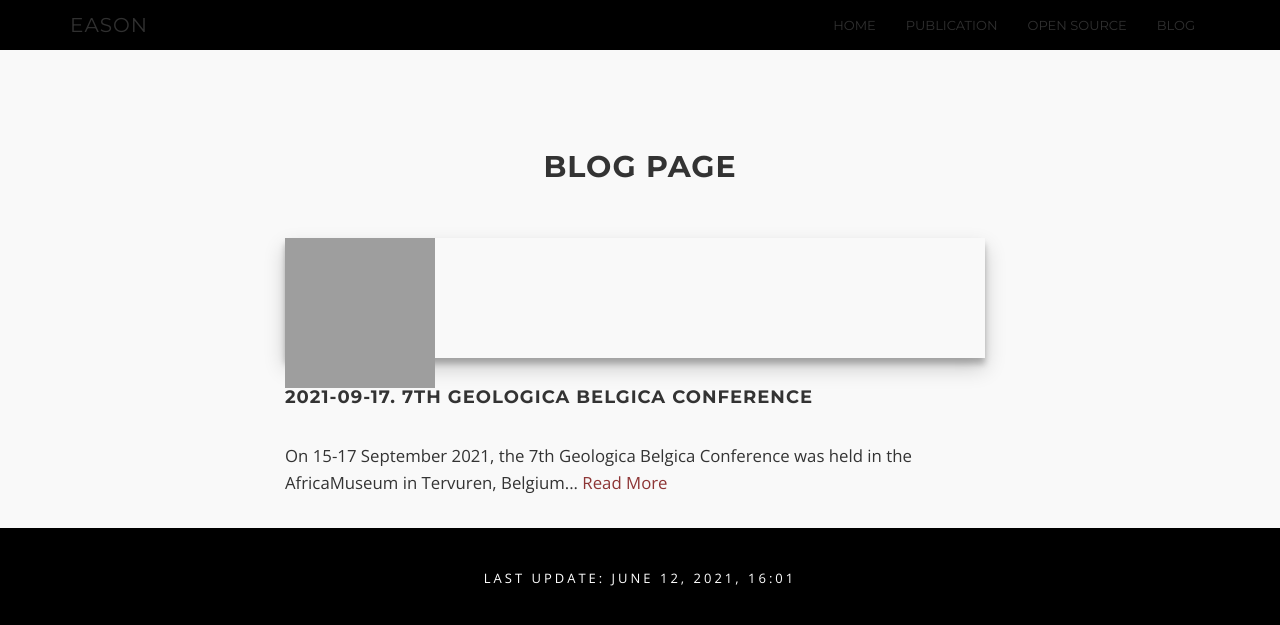
Repository: eazzzon/eazzzon.github.io
Page: blog.html
These files come from the project's save history. The page is drawn as it stood at one moment and after the next save; the edit follows.
The browser window is 1280 px wide. The pictures show the whole page.
Pictures or frames that could not be fetched are drawn as grey boxes.

Above is the page before, as saved 2021-09-18 00:01:47.

### blog.html
<!DOCTYPE html>
<html lang="en">
<head>
<meta charset="utf-8">
<meta http-equiv="X-UA-Compatible" content="IE=edge">
<meta name="viewport" content="width=device-width, initial-scale=1">
<meta name="description" content="">
<meta name="author" content="">
<title>yishen.zhang</title>
<!-- Bootstrap Core CSS -->
<link href="css/bootstrap.min.css" rel="stylesheet">
<!-- Custom CSS -->
<link href="css/theme.css" rel="stylesheet">
<!-- Custom Fonts -->
<link href="font-awesome/css/font-awesome.min.css" rel="stylesheet" type="text/css">
<link href="http://fonts.googleapis.com/css?family=Open+Sans:300,400,700,400italic,700italic" rel="stylesheet" type="text/css">
<link href="http://fonts.googleapis.com/css?family=Montserrat:400,700" rel="stylesheet" type="text/css">
<!-- HTML5 Shim and Respond.js IE8 support of HTML5 elements and media queries -->
<!-- WARNING: Respond.js doesn't work if you view the page via file:// -->
<!--[if lt IE 9]>
        <script src="https://oss.maxcdn.com/libs/html5shiv/3.7.0/html5shiv.js"></script>
        <script src="https://oss.maxcdn.com/libs/respond.js/1.4.2/respond.min.js"></script>
    <![endif]-->
</head>
<body id="page-top" data-spy="scroll" data-target=".navbar-fixed-top">
<!-- Navigation -->
<nav class="navbar navbar-custom navbar-fixed-top" role="navigation">
<div class="container">
	<div class="navbar-header">
		<button type="button" class="navbar-toggle" data-toggle="collapse" data-target=".navbar-main-collapse">
		<i class="fa fa-bars"></i>
		</button>
		<a class="navbar-brand page-scroll" href="index.html" style="color: #303030;">
		EASON </a>
	</div>
	<!-- Collect the nav links, forms, and other content for toggling -->
	<div class="collapse navbar-collapse navbar-right navbar-main-collapse">
		<ul class="nav navbar-nav" style="color: #303030;">
			<li>
			<a href="index.html">Home</a>
			</li>
			<li>
			<a href="publication.html">publication</a>
			</li>
			<li>
			<a href="opensource.html">open source</a>
			</li>
			<li>
			<a href="blog.html">blog</a>
			</li>
		</ul>
	</div>
	<!-- /.navbar-collapse -->
</div>
<!-- /.container -->
</nav>

<!-- Page Sample Section -->
<section id="page-sample">


<div class="container content-section text-left">
	<div class='container'>
		<div class="row">
			<h2 class="text-center">BLOG PAGE</h2>
			<div class="col-lg-8 col-lg-offset-2">
				<div class="post-box">
					<img class="box-img" src="https://geologicabelgica2021.africamuseum.be/sites/default/files/media/images/Logo%20Geologica%20Belgica.png" alt="lower crust foundering" />
					<div class="box-text">
						<a href="post20210917.html">
							<h4>2021-09-17. 7th Geologica Belgica Conference </h4>
						</a>
						<p style="font-size:120%;">On 15-17 September 2021, the 7th Geologica Belgica Conference was held in the AfricaMuseum in Tervuren, Belgium... <a href="post20210917.html" style="color:rgb(141, 53, 53);">Read More</a></p>
					</div>
				</div>
				</div>

			</div>
		</div>
	</div>
</div>
</section>




<!-- Footer -->
<footer>
<div class="container text-center">
	<p class="credits">
		last update: June 12, 2021, 16:01
	</p>
</div>
</footer>
<!-- jQuery -->
<script src="js/jquery.js"></script>
<!-- Bootstrap Core JavaScript -->
<script src="js/bootstrap.min.js"></script>
<!-- Plugin JavaScript -->
<script src="js/jquery.easing.min.js"></script>
<!-- Custom Theme JavaScript -->
<script src="js/theme.js"></script>
</body>
</html>

### css/theme.css
/* Aries v1.0 - by WowThemes.net */
body {
	width:100%;
	height:100%;
	font-family:Open Sans,"Helvetica Neue",Helvetica,Arial,sans-serif;
	color:#fff;
	background-color:#000;
	 font-weight:300;
}
html {
	width:100%;
	height:100%;
}
h1,h2,h3,h4,h5,h6 {
	margin:0 0 35px;
	text-transform:uppercase;
	font-family:Montserrat,"Helvetica Neue",Helvetica,Arial,sans-serif;
	font-weight:700;
	letter-spacing:1px;
}
p {
	margin:0 0 25px;
	font-size:18px;
	line-height:1.5;
}
@media(min-width:768px) {
	p {
		margin:0 0 35px;
		font-size:20px;
		line-height:1.6;
	}
}
a {
	color:inherit;
	-webkit-transition:all .2s ease-in-out;
	-moz-transition:all .2s ease-in-out;
	transition:all .2s ease-in-out;
}
a:hover,a:focus {
	text-decoration:none;
	color:inherit;
}
.light {
	font-weight:400;
}
.navbar-custom {
	margin-bottom:0;
	border-bottom:1px solid rgba(255,255,255,.3);
	text-transform:uppercase;
	font-family:Montserrat,"Helvetica Neue",Helvetica,Arial,sans-serif;
	background-color:#000;
}
.navbar-custom .navbar-brand {
	font-size:20px;
	text-transform:none;
	letter-spacing:1px;
}
.navbar-custom .navbar-brand:focus {
	outline:0;
}
.navbar-custom .navbar-brand .navbar-toggle {
	padding:4px 6px;
	font-size:16px;
	color:#fff;
}
.navbar-custom .navbar-brand .navbar-toggle:focus,.navbar-custom .navbar-brand .navbar-toggle:active {
	outline:0;
}
.navbar-custom a {
}
.navbar-custom .nav li a {
	-webkit-transition:background .3s ease-in-out;
	-moz-transition:background .3s ease-in-out;
	transition:background .3s ease-in-out;
}
.navbar-custom .nav li a:hover {
	outline:0;
	color:#1ba39c;
	background-color:transparent;
}
.navbar-custom .nav li a:focus,.navbar-custom .nav li a:active {
	outline:0;
	background-color:transparent;
}
.navbar-custom .nav li.active {
	outline:0;
}
.navbar-custom .nav li.active a {
	color:#1ba39c;
}
.navbar-custom .nav li.active a:hover {
	color:#1ba39c;
}
@media(min-width:768px) {
	.navbar-custom {
		padding:20px 0;
		border-bottom:0;
		font-size:13px;
		background:0 0;
		-webkit-transition:background .5s ease-in-out,padding .5s ease-in-out;
		-moz-transition:background .5s ease-in-out,padding .5s ease-in-out;
		transition:background .5s ease-in-out,padding .5s ease-in-out;
	}
		 .navbar-custom.top-nav-collapse {
		 padding:0;
		border-bottom:1px solid rgba(255,255,255,.3);
		color:#333;
			background:#fff;
	}
	.navbar-custom.top-nav-collapse a {
		color:#333;
		display:inline-block;
	}
}
.intro {
	display:table;
	width:100%;
	height:auto;
	padding:100px 0 100px 0;
	text-align:center;
	color:#fff;
	background-image:radial-gradient(circle at 50% 50%,rgba(95, 94, 94, 0.46),rgba(56, 56, 56, 0.88)), url('labelled.png');
	-webkit-background-size:cover;
	-moz-background-size:cover;
	background-size:cover;
	-o-background-size:cover;
}
.intro .intro-body {
	display:table-cell;
	vertical-align:middle;
}
.intro .intro-body .brand-heading {
	font-size:40px;
}
.intro .intro-body .intro-text {
	font-size:18px;
}
@media(min-width:768px) {
	.intro {
		height:100%;
		padding:0;
	}
	.intro .intro-body .brand-heading {
		font-size:60px;
		margin-top:90px;
		margin-bottom:20px;
		border-top:2px solid #fff;
		border-bottom:2px solid #fff;
		display:inline-block;
		padding:10px 0;
	}
	.intro .intro-body .intro-text {
		font-size:20px;
			font-weight:300;
			letter-spacing:3px;
	}
}
.btn-circle {
	width:50px;
	height:50px;
	margin-top:15px;
	line-height:40px;
	text-align:center;
	border:2px solid #fff;
	border-radius:100%!important;
	font-size:20px;
	color:#fff;
	background:0 0;
	-webkit-transition:background .3s ease-in-out;
	-moz-transition:background .3s ease-in-out;
	transition:background .3s ease-in-out;
}
.btn-circle:hover,.btn-circle:focus {
	outline:0;
	color:#fff;
	background:rgba(255,255,255,.1);
}
.btn-circle i.animated {
	-webkit-transition-property:-webkit-transform;
	-webkit-transition-duration:1s;
	-moz-transition-property:-moz-transform;
	-moz-transition-duration:1s;
}
.btn-circle:hover i.animated {
	-webkit-animation-name:pulse;
	-moz-animation-name:pulse;
	-webkit-animation-duration:1.5s;
	-moz-animation-duration:1.5s;
	-webkit-animation-iteration-count:infinite;
	-moz-animation-iteration-count:infinite;
	-webkit-animation-timing-function:linear;
	-moz-animation-timing-function:linear;
}
@-webkit-keyframes pulse {
	0% {
		-webkit-transform:scale(1);
		transform:scale(1);
	}
	50% {
		-webkit-transform:scale(1.2);
		transform:scale(1.2);
	}
	100% {
		-webkit-transform:scale(1);
		transform:scale(1);
	}
}
@-moz-keyframes pulse {
	0% {
		-moz-transform:scale(1);
		transform:scale(1);
	}
	50% {
		-moz-transform:scale(1.2);
		transform:scale(1.2);
	}
	100% {
		-moz-transform:scale(1);
		transform:scale(1);
	}
}
.content-section {
	padding:40px 0;
	clear:both;
}
@media(min-width:767px) {
	.content-section {
		padding:150px 0;
			 clear:both;
	}
}
.btn {
	border-radius:0;
	text-transform:uppercase;
	font-family:Montserrat,"Helvetica Neue",Helvetica,Arial,sans-serif;
	font-weight:400;
	-webkit-transition:all .3s ease-in-out;
	-moz-transition:all .3s ease-in-out;
	transition:all .3s ease-in-out;
}
.btn-default {
	border:1px solid #42dca3;
	color:#42dca3;
	background-color:transparent;
}
.btn-default:hover,.btn-default:focus {
	border:1px solid #42dca3;
	outline:0;
	color:#000;
	background-color:#42dca3;
}
ul.banner-social-buttons {
	margin-top:0;
}
@media(max-width:1199px) {
	ul.banner-social-buttons {
		margin-top:15px;
	}
}
@media(max-width:767px) {
	ul.banner-social-buttons li {
		display:block;
		margin-bottom:20px;
		padding:0;
	}
	ul.banner-social-buttons li:last-child {
		margin-bottom:0;
	}
}
footer {
	padding:40px 0;
	z-index:1;
	position:relative;
	clear:both;
}
footer p {
	margin:0;
	font-size:15px;
}
footer p.credits {
	text-transform:uppercase;
	font-size:13px;
	letter-spacing:3px;
}
::-moz-selection {
	text-shadow:none;
	background:#fcfcfc;
	background:rgba(255,255,255,.2);
}
::selection {
	text-shadow:none;
	background:#fcfcfc;
	background:rgba(255,255,255,.2);
}
img::selection {
	background:0 0;
}
img::-moz-selection {
	background:0 0;
}
body {
	webkit-tap-highlight-color:rgba(255,255,255,.2);
}
.bgblue {
	background:#22292c;
}
.inlineblock {
	display:inline-block;
}
p:last-child {
	margin-bottom:0;
}
p.lead {
	line-height:1.9;
}
.btnghost {
	border:2px solid #333;
	background-color:transparent;
	padding:15px 20px;
	letter-spacing:3px;
	font-size:12px;
	text-transform:uppercase;
	font-weight:400;
	color:#333;
	margin-top:20px;
	display:inline-block;
}
.btnghost:hover {
	background-color:#333;
	color:#fff;
	border:2px solid #333;
}
.bgcover {
	background-size:cover;
	background-repeat:no-repeat;
	position:relative;
}
img {
	max-width:100%;
}
.gallery ul {
	padding:0;
	margin:0;
}
.gallery img {
	max-width:100%;
	height:auto;
	padding:0;
	margin:0;
}
.gallery ul li {
	margin:0;
	position:relative;
	list-style:none;
	float:left;
	padding:0;
}
.gallery ul li a {
	display:block;
	position:relative;
	width:100%;
	height:100%;
	margin:0;
	padding:0;
	line-height:0;
}
.gallery ul li a:before {
	position:absolute;
	width:32px;
	height:32px;
	top:40%;
	left:50%;
	margin:-14px 0 0 -16px;
	/* background: url(data:[embedded picture, 2228 characters]) no-repeat; */
	content:"";
	opacity:0;
	z-index:1;
	-webkit-transition:all 0.3s linear;
	-moz-transition:all 0.3s linear;
	transition:all 0.3s linear;
}
.gallery ul li a:hover:before {
	top:50%;
	opacity:1;
}
.gallery ul li a:after {
	position:absolute;
	width:100%;
	top:0;
	bottom:0;
	background:rgba(0,0,0,0.3);
	content:"";
	opacity:0;
	-webkit-transition:all 0.3s linear;
	-moz-transition:all 0.3s linear;
	transition:all 0.3s linear;
}
.gallery ul li a:hover:after {
	opacity:1;
}
section:after {
	float:none;
	clear:both;
}
section {
	background-color:#f9f9f9;
	color:#333;
	overflow:hidden;
}
.done {
	display:none;
}
.error input,input.error,.error textarea,textarea.error {
	background-color:#ffffff;
	border-bottom:2px solid orangered !Important;
	-webkit-transition:border linear 0.2s,box-shadow linear 0.2s;
	-moz-transition:border linear 0.2s,box-shadow linear 0.2s;
	-o-transition:border linear 0.2s,box-shadow linear 0.2s;
	transition:border linear 0.2s,box-shadow linear 0.2s;
}

/* post-box style */
.post-box {
	width: 700px;
	height: 120px;
	margin: 20px;
	box-shadow: 0 10px 20px rgba(0, 0, 0, 0.19), 0 6px 6px rgba(0, 0, 0, 0.23);
  }

  .box-img {
	width: 150px;
	height: 150px;
	padding: 0px;
	margin: 0px;
  }

  .h1 {
	font-size: 19px;
	padding: 10px;
  }

  .p {
	padding: 0px;
	margin: 0px;
	position: relative;
	bottom: 15px;
	left: 10px;
  }

  .p2 {
	padding: 0px;
	margin: 0px;
	font-size: 15px;
	position: relative;
	left: 25px;
  }

### js/theme.js
// jQuery to collapse the navbar on scroll
$(window).scroll(function() {
    if ($(".navbar").offset().top > 50) {
        $(".navbar-fixed-top").addClass("top-nav-collapse");
    } else {
        $(".navbar-fixed-top").removeClass("top-nav-collapse");
    }
});

// jQuery for page scrolling feature - requires jQuery Easing plugin
$(function() {
    $('a.page-scroll').bind('click', function(event) {
        var $anchor = $(this);
        $('html, body').stop().animate({
            scrollTop: $($anchor.attr('href')).offset().top
        }, 1500, 'easeInOutExpo');
        event.preventDefault();
    });
});

// Closes the Responsive Menu on Menu Item Click
$('.navbar-collapse ul li a').click(function() {
    $('.navbar-toggle:visible').click();
});

Loaded but not shown: css/bootstrap.min.css (library); font-awesome/css/font-awesome.min.css (library); js/jquery.js (library); js/bootstrap.min.js (library); js/jquery.easing.min.js (library)

After the next save:
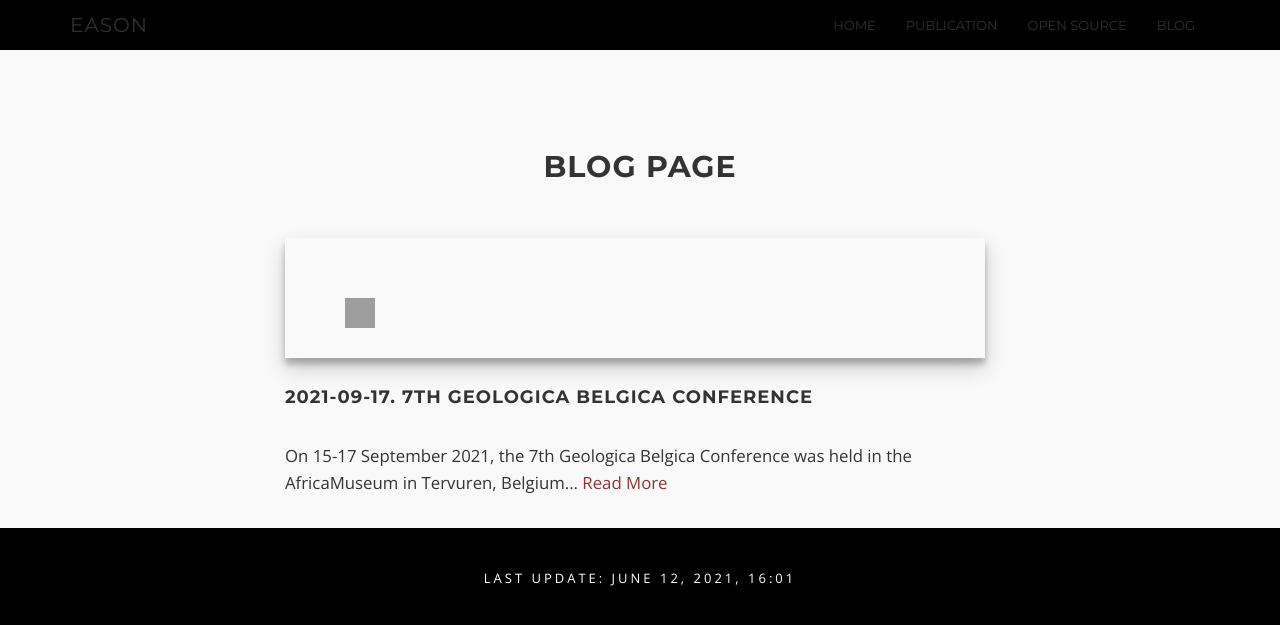
Saved 15 s later.
--- a/css/theme.css
+++ b/css/theme.css
@@ -432,6 +432,7 @@
 	height: 150px;
 	padding: 0px;
 	margin: 0px;
+	scale: 20%;
   }
 
   .h1 {

After the save that followed:
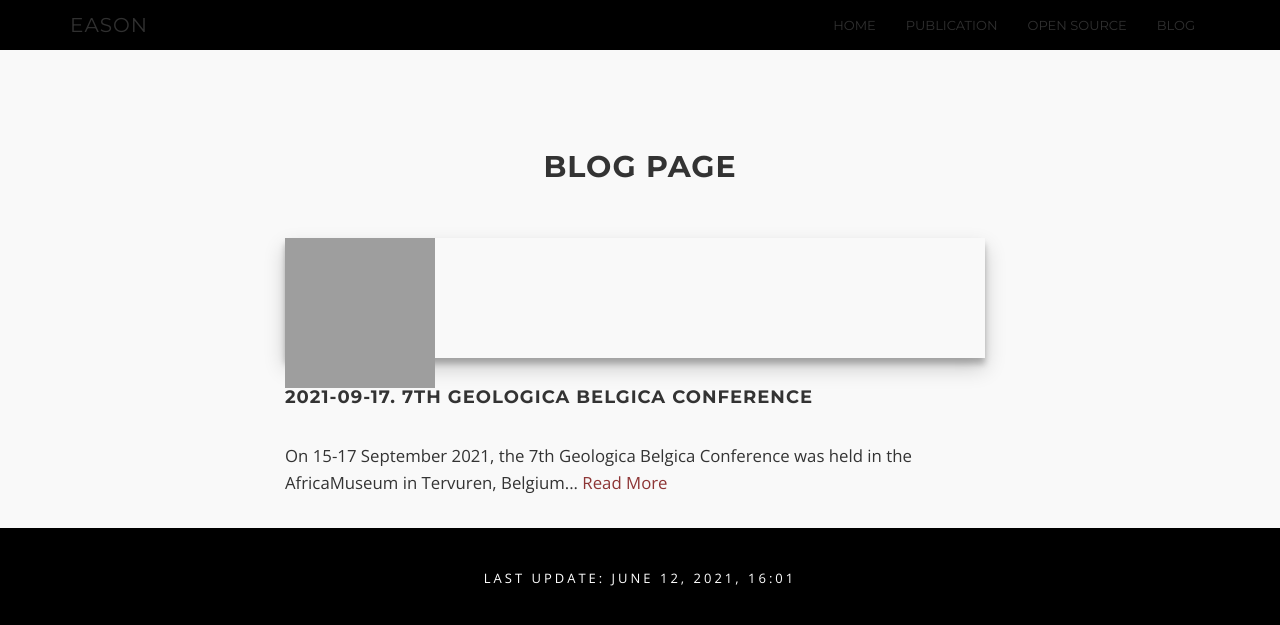
Saved 9 s later.
--- a/css/theme.css
+++ b/css/theme.css
@@ -432,7 +432,7 @@
 	height: 150px;
 	padding: 0px;
 	margin: 0px;
-	scale: 20%;
+	scale: 5px;
   }
 
   .h1 {
